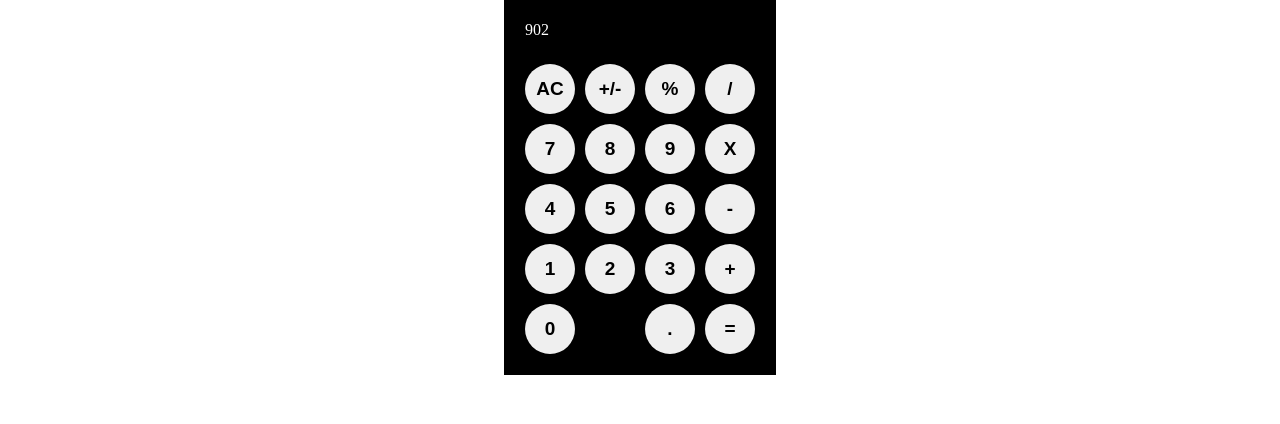
Repository: dmpelaez/calculator
Page: Calculator.html
An editor plug-in stored every save of this project. The page is shown before and after the next save, followed by the edit.
The browser window is 1280 px wide. The pictures show the whole page.

Above is the page before, as saved 2025-12-15 20:02:19.

### Calculator.html
<!DOCTYPE html>

  <html>
    <head>

      <title>Calculator</title>

      <!--CSS-->
      <link rel="stylesheet" href="Calculator.css">

    </head>
    <body>
      <!--Container-->
      <main class="container">

        <!--Sections-->
        <section class="Section">

          <!--Input section-->
          <div class="inputSection">902</div>

          <!--Btns section-->
          <div class="btnSection">
            <button class="btn cancel">AC</button>
            <button class="btn signs">+/-</button>
            <button class="btn rmnder">%</button>
            <button class="btn divide">/</button>
            <button class="btn seven">7</button>
            <button class="btn eight">8</button>
            <button class="btn nine">9</button>
            <button class="btn times">X</button>
            <button class="btn four">4</button>
            <button class="btn five">5</button>
            <button class="btn six">6</button>
            <button class="btn minus">-</button>
            <button class="btn one">1</button>
            <button class="btn two">2</button>
            <button class="btn three">3</button>
            <button class="btn plus">+</button>
            <button class="btn zero">0</button>
            <button class="btn dot">.</button>
            <button class="btn equal">=</button>
          </div>
        </section>


      </main>

      <script src="Calculator.js"></script>
    </body>

  </html>

### Calculator.css
body {
  margin: 0;
  padding: 0;
  box-sizing: border-box;
  display: flex;
  align-items: center;
  justify-content: center;

}

.Section {
display: flex;
flex-direction: column;
border: 1px solid black;

gap: 20px;
background: black;
}
.inputSection {
  color: white;
  padding: 20px;
  padding-bottom: 0px;
}
.btnSection {
  display: grid;
  grid-template-columns: 1fr 1fr 1fr 1fr;
  padding: 20px;
  gap: 10px;
  padding-top: 5px;
}
.btn {
  border: none;
  height: 50px;
  width: 50px;
  border-radius: 50%;
  font-weight: bold;
  Font-size: 19px;
}
.equal {
  grid-column: 4
}
.dot {
  grid-column: 3
}
.zero {
  grid-column: 1 / 2 span;
}

Loaded but not shown: Calculator.js (no stored copy; drawn as an empty file)

After the next save:
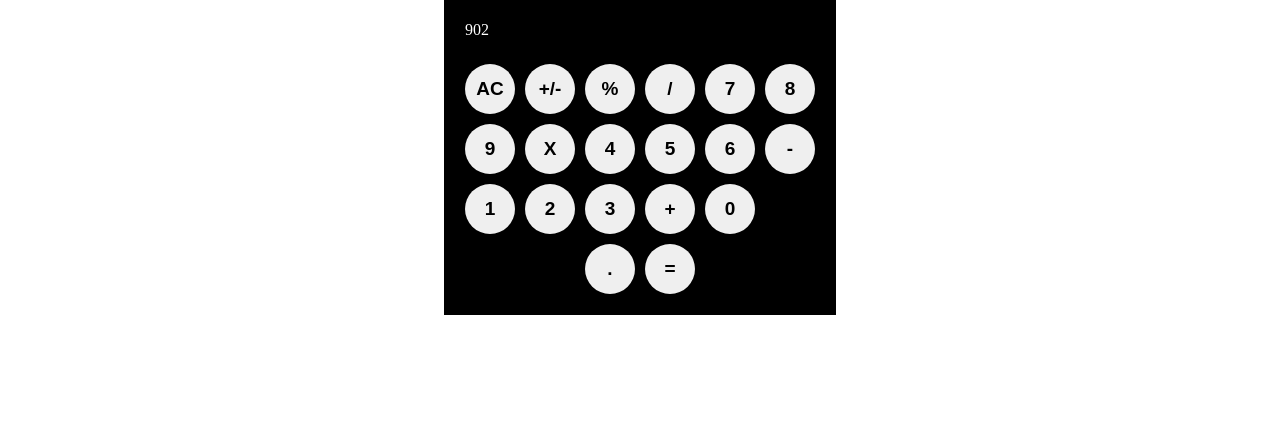
Saved 7 s later.
--- a/Calculator.css
+++ b/Calculator.css
@@ -43,5 +43,5 @@
   grid-column: 3
 }
 .zero {
-  grid-column: 1 / 2 span;
+  grid-column: 5 / 2 span;
 }

After the save that followed:
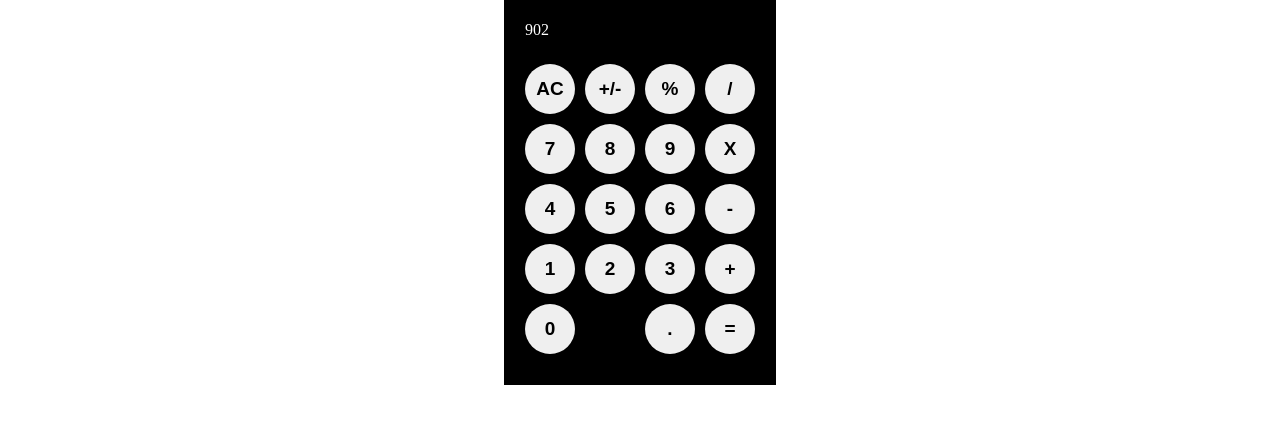
Saved 12 s later.
--- a/Calculator.css
+++ b/Calculator.css
@@ -43,5 +43,5 @@
   grid-column: 3
 }
 .zero {
-  grid-column: 5 / 2 span;
+  grid-row: 5 / 2 span;
 }
